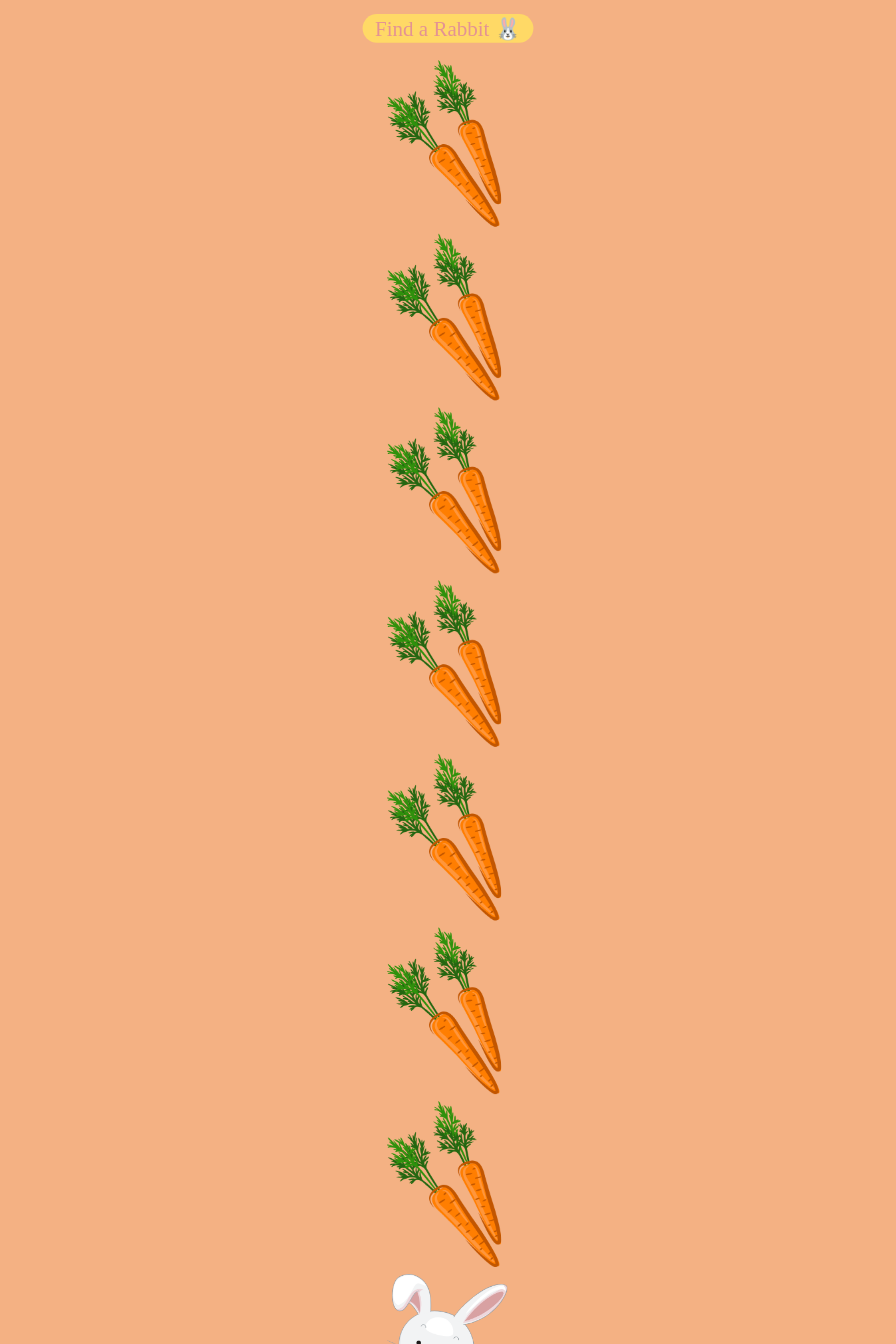
Repository: sephinejo/frontend-browser-101
Page: browser/practice-find-rabbit/index.html
The author's editor kept a copy of each file at every save. The page is drawn from the files as they stood at one save, then again after a run of saves.
The browser window is 1280 px wide. The pictures show the part of the page from y = 0 to 1920 px (the page is 3022 px tall before and 3018 px after), at 70% of full size.
Some web fonts or font styles are not loaded; a fallback is used.

Above is the page before, as saved 2023-05-10 21:18:53.

After the next 2 saves:
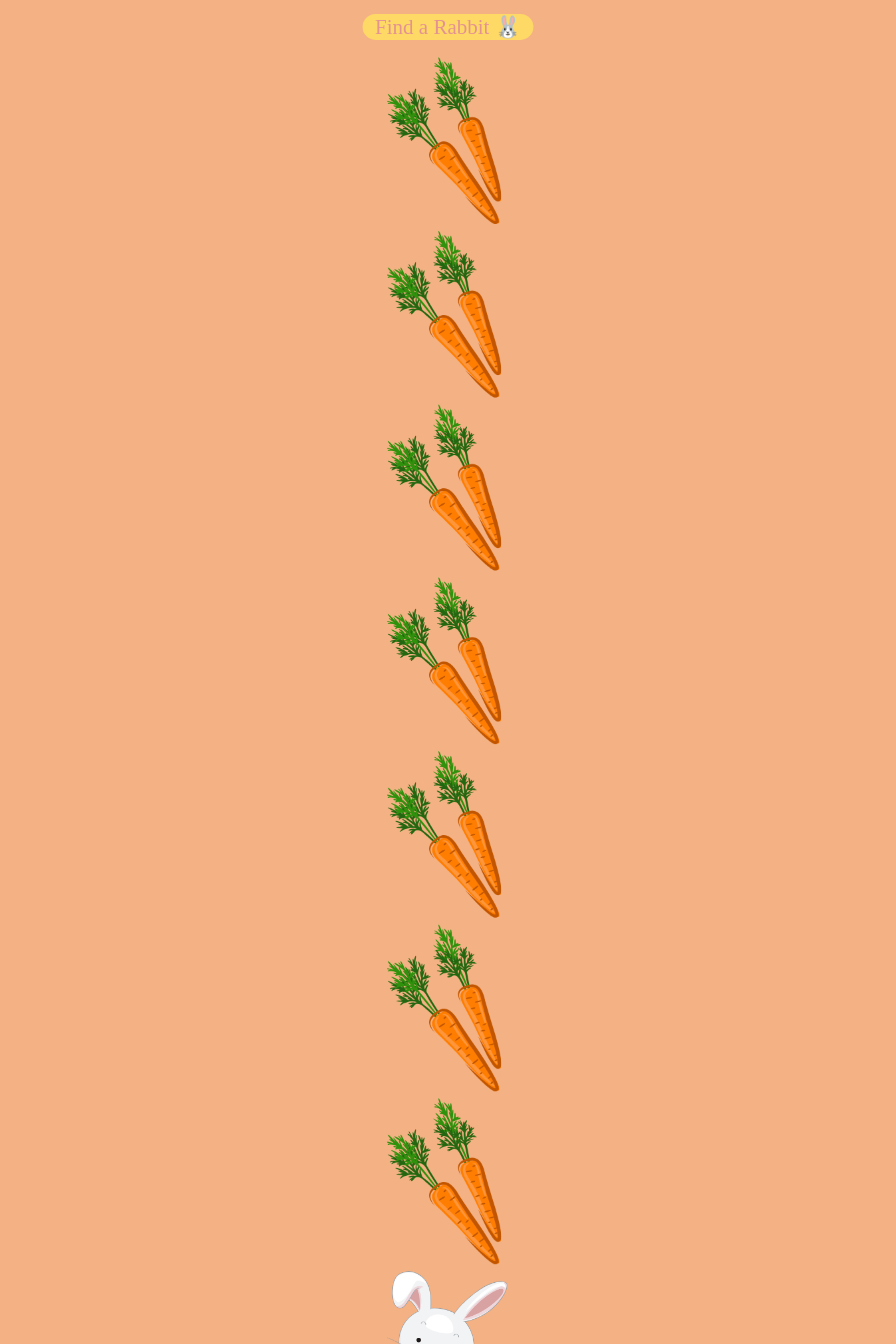
The 2 saves are shown as one change because they came seconds apart.
The last was saved 11 s later.
--- a/browser/practice-find-rabbit/index.html
+++ b/browser/practice-find-rabbit/index.html
@@ -23,7 +23,7 @@
         border-style: none;
         border-radius: 1.3rem;
         margin: 20px 0;
-        padding: 3px 18px;
+        padding: 1px 18px;
         background-color: #ffd966;
         color: #e49393;
         font-size: 30px;
